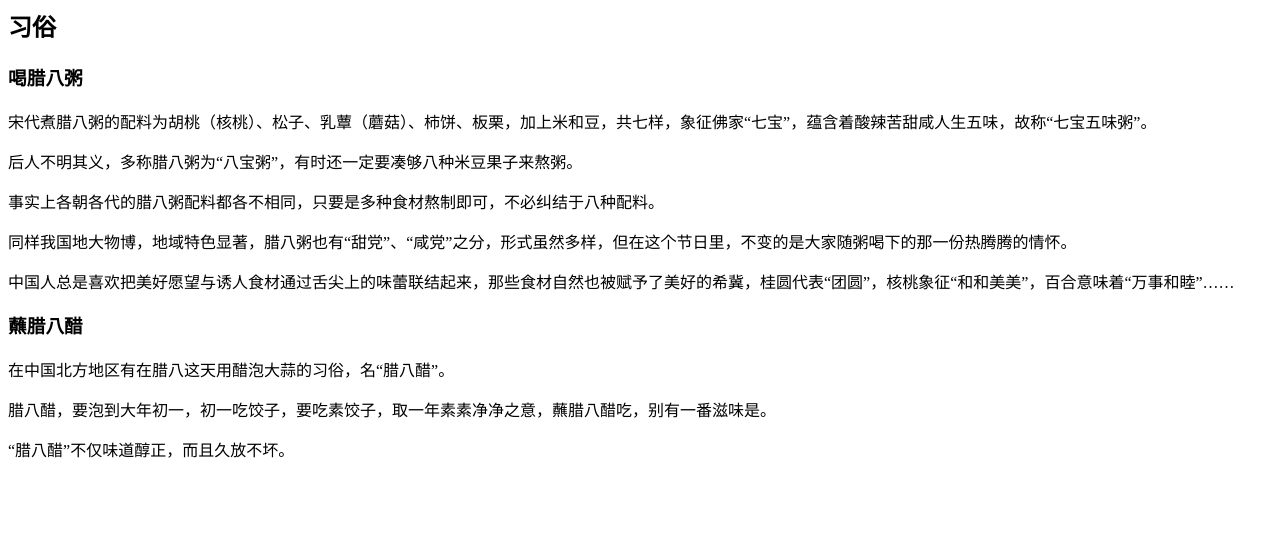
Repository: XueJie1/computer-operation-basics
Page: pages/labafes/customs.html
These files come from the project's save history. The page is drawn as it stood at one moment and after the next save; the edit follows.
The browser window is 1280 px wide. The pictures show the whole page.

Above is the page before, as saved 2023-09-14 15:11:02.

### pages/labafes/customs.html
<h2>习俗</h2>
<h3>喝腊八粥</h3>
<p>宋代煮腊八粥的配料为胡桃（核桃）、松子、乳蕈（蘑菇）、柿饼、板栗，加上米和豆，共七样，象征佛家“七宝”，蕴含着酸辣苦甜咸人生五味，故称“七宝五味粥”。</p>

<p>后人不明其义，多称腊八粥为“八宝粥”，有时还一定要凑够八种米豆果子来熬粥。</p>

<p>事实上各朝各代的腊八粥配料都各不相同，只要是多种食材熬制即可，不必纠结于八种配料。</p>

<p>同样我国地大物博，地域特色显著，腊八粥也有“甜党”、“咸党”之分，形式虽然多样，但在这个节日里，不变的是大家随粥喝下的那一份热腾腾的情怀。</p>

<p>中国人总是喜欢把美好愿望与诱人食材通过舌尖上的味蕾联结起来，那些食材自然也被赋予了美好的希冀，桂圆代表“团圆”，核桃象征“和和美美”，百合意味着“万事和睦”……</p>
<h3>蘸腊八醋</h3>
<p>在中国北方地区有在腊八这天用醋泡大蒜的习俗，名“腊八醋”。</p>

<p>腊八醋，要泡到大年初一，初一吃饺子，要吃素饺子，取一年素素净净之意，蘸腊八醋吃，别有一番滋味是。</p>

<p>“腊八醋”不仅味道醇正，而且久放不坏。</p>

After the next save:
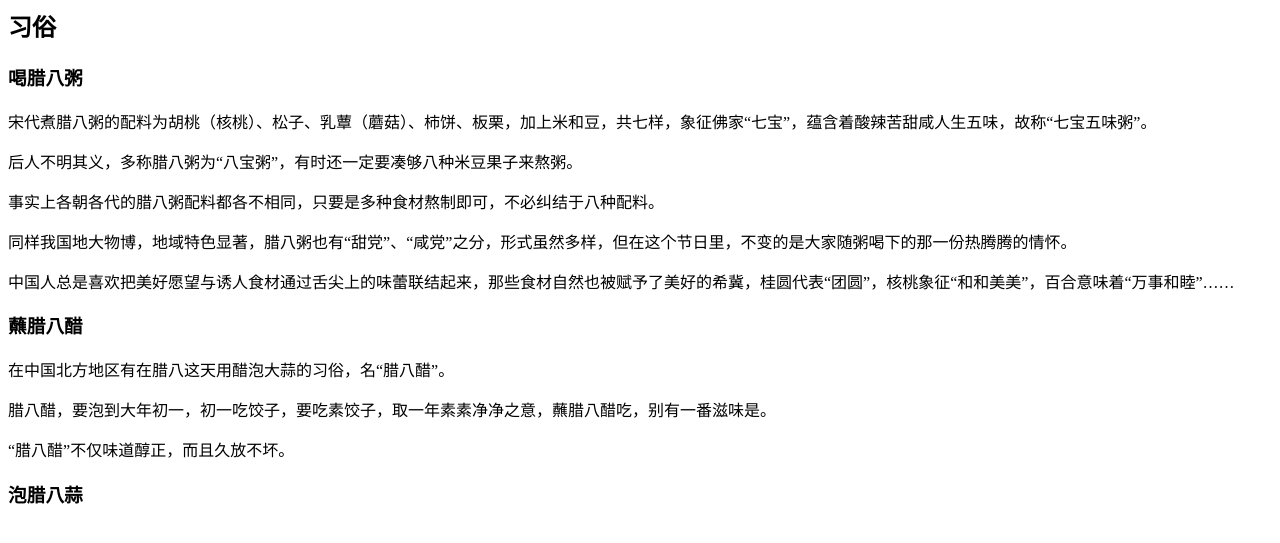
Saved 31 s later.
--- a/pages/labafes/customs.html
+++ b/pages/labafes/customs.html
@@ -15,3 +15,4 @@
 <p>腊八醋，要泡到大年初一，初一吃饺子，要吃素饺子，取一年素素净净之意，蘸腊八醋吃，别有一番滋味是。</p>
 
 <p>“腊八醋”不仅味道醇正，而且久放不坏。</p>
+<h3>泡腊八蒜</h3>
